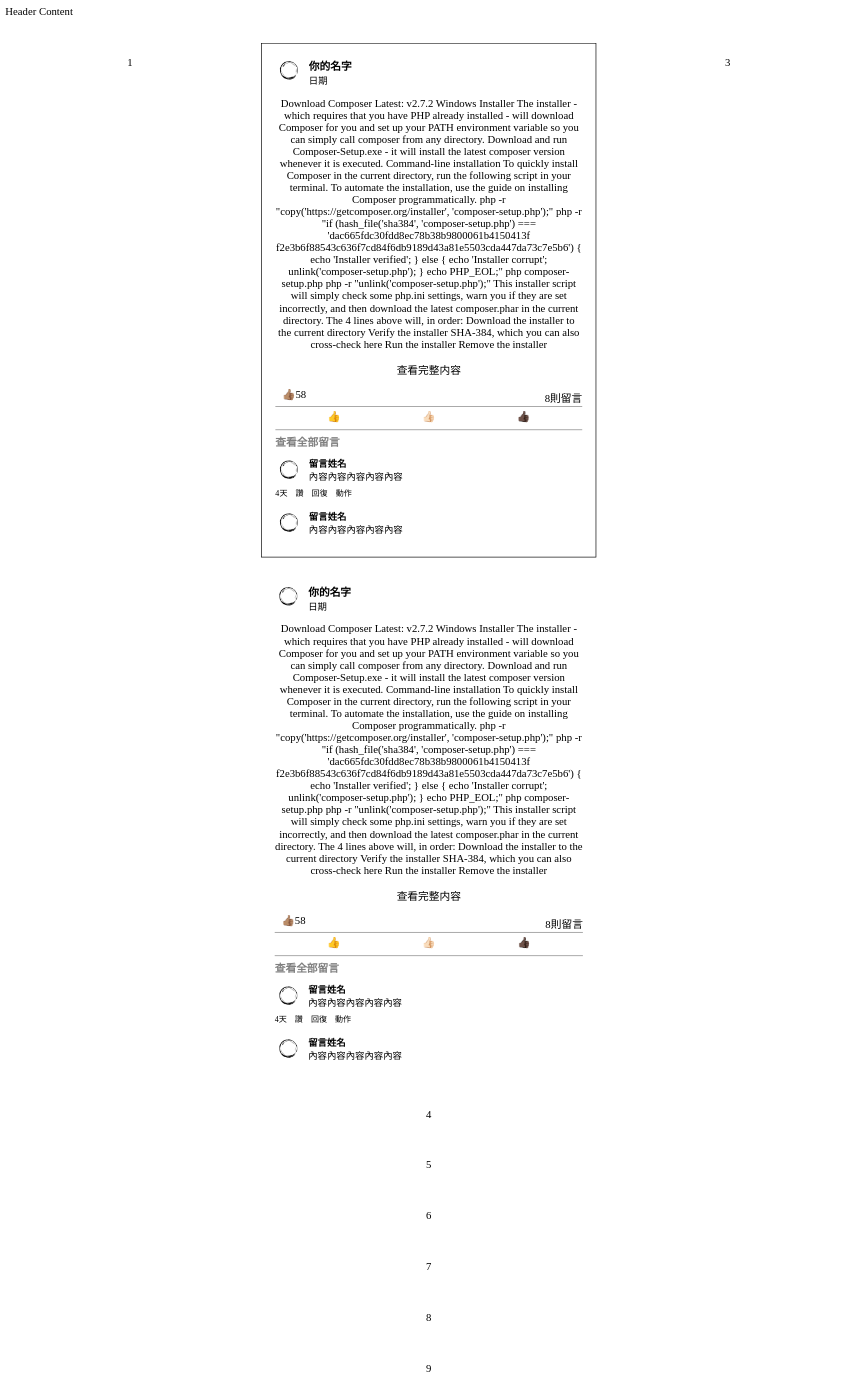
Repository: yuchiyang123/index_view
Page: http://localhost/
An editor plug-in stored every save of this project. The page is shown before and after the next save, followed by the edit.
The browser window is 1280 px wide. The pictures show the whole page, at 67% of full size.
The page is run by PHP 8.4 with error messages shown; the project is at /var/www/html/.

Above is the page before, as saved 2024-03-27 11:25:09.

After the next save:
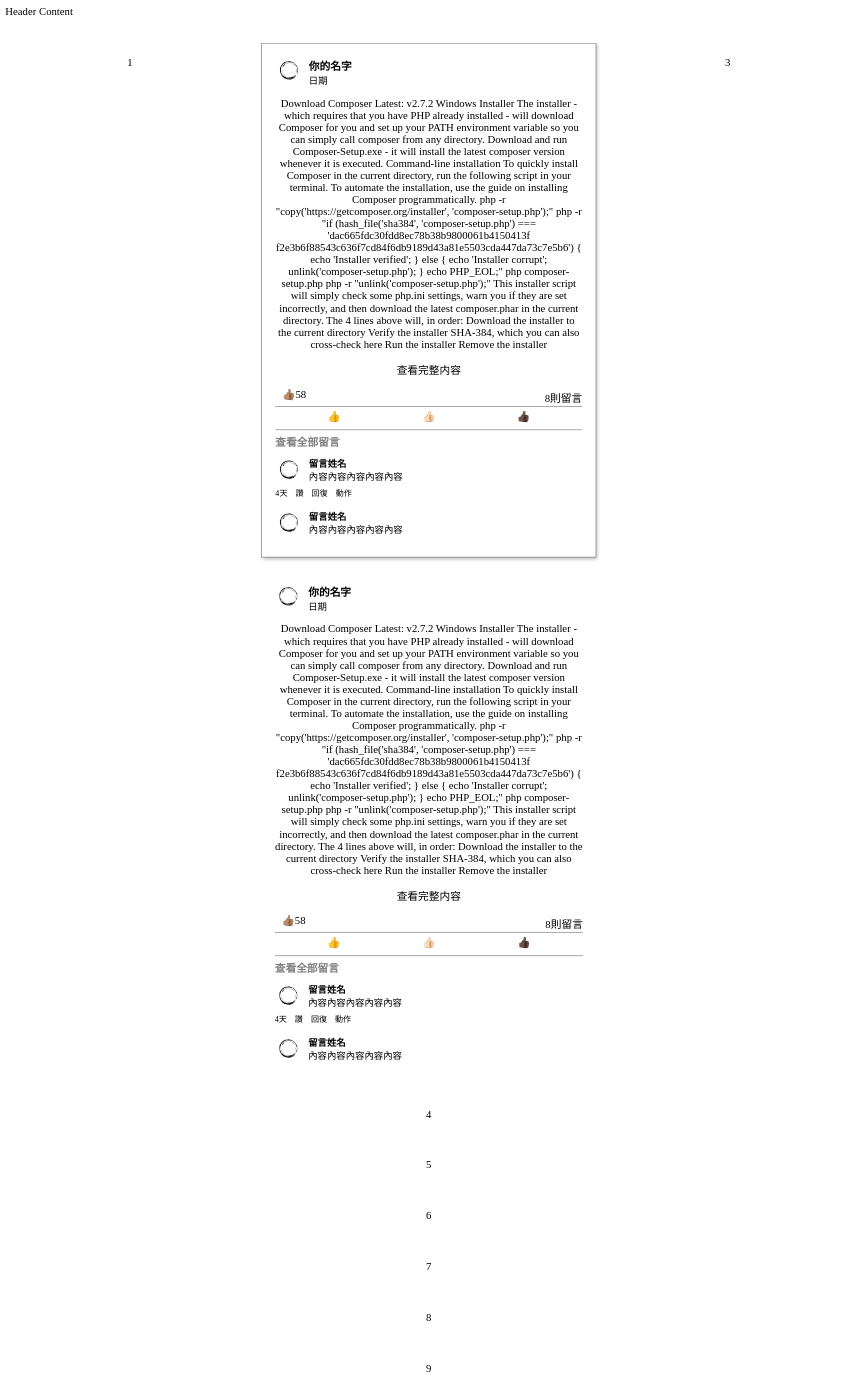
Saved 39 s later.
--- a/index.php
+++ b/index.php
@@ -28,7 +28,8 @@
 
 }
 .cut{
-    border: 1px solid black;
+    border: 1px solid gray;
+    box-shadow: 2px 2px 5px rgba(0, 0, 0, 0.3);
 }
 .first{
     grid-area: A;
